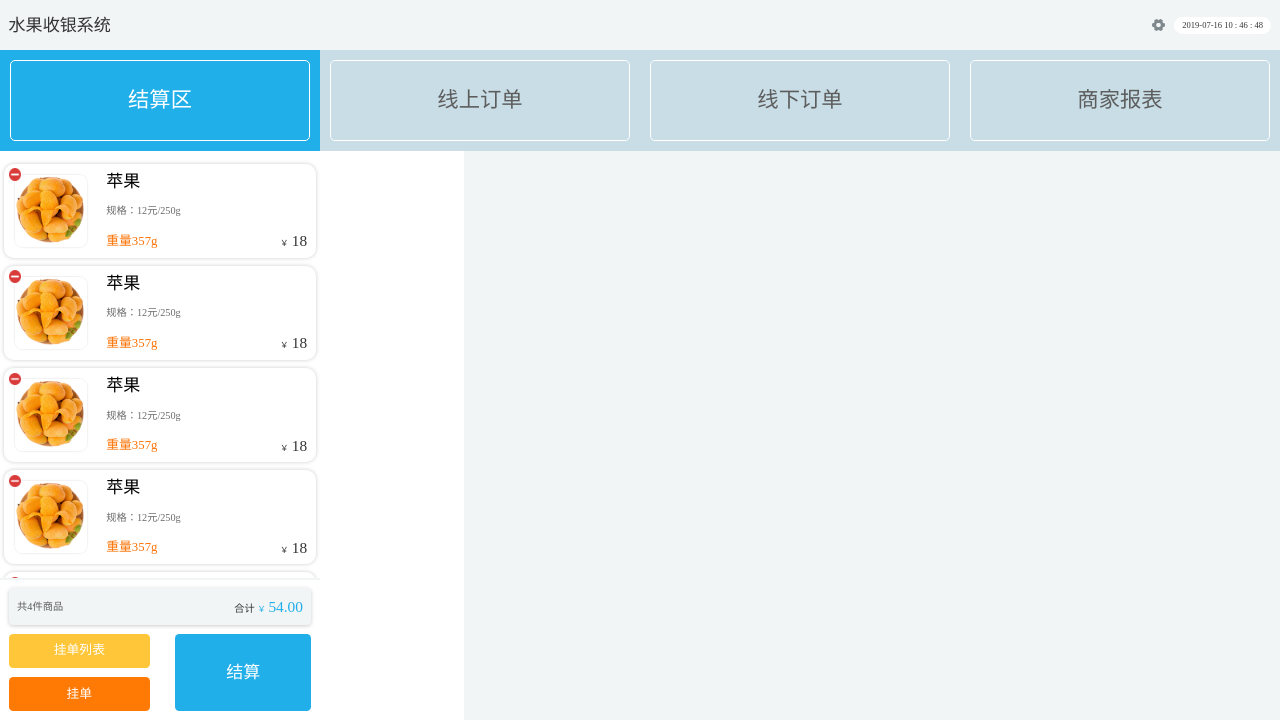
Repository: missing-star/fruit
Page: index.html
An editor plug-in stored every save of this project. The page is shown before and after the next save, followed by the edit.
The browser window is 1280 px wide. The pictures show the whole page.
The page's requests for data from a server got no answer.

Above is the page before, as saved 2019-07-16 16:58:25.

After the next save:
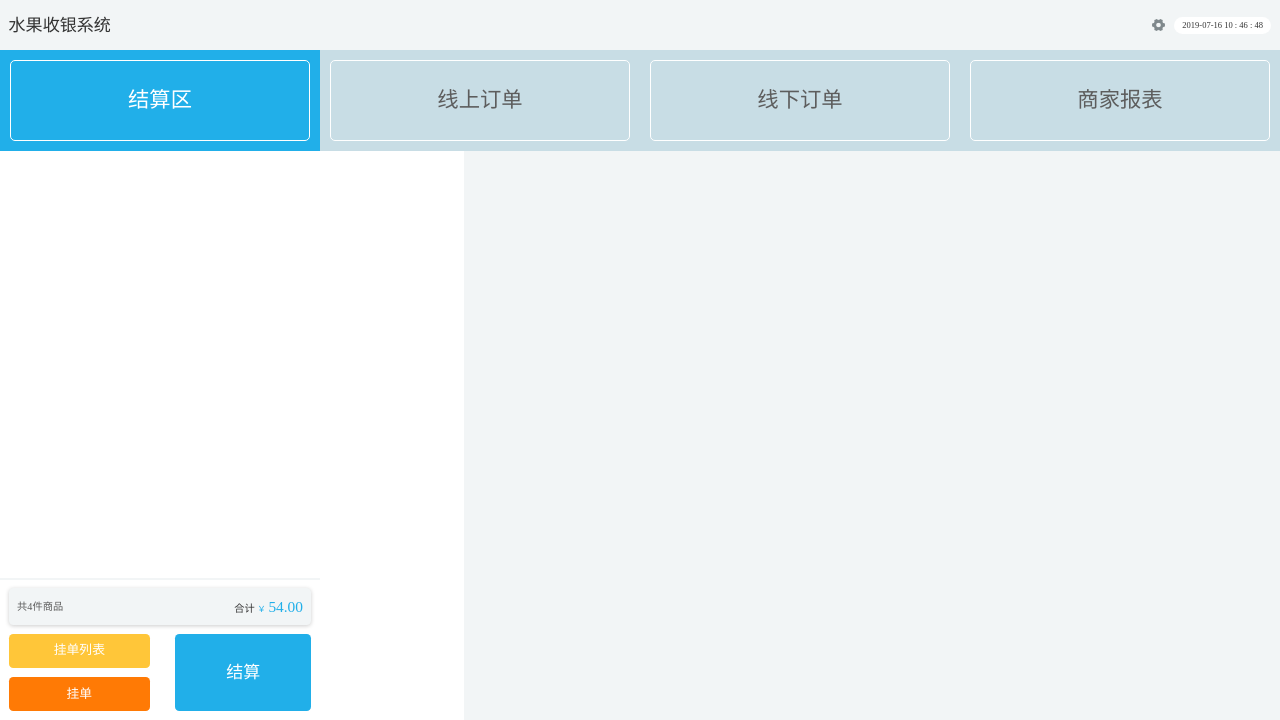
Saved 2 min 8 s later.
--- a/index.html
+++ b/index.html
@@ -36,19 +36,19 @@
         <div v-show="currentIndex == 0" class="main-content">
             <div class="operation-wrapper">
                 <ul class="goods-list-wrapper">
-                    <li v-for="n in 10" class="goods-item">
+                    <li :key="item.id" v-for="item in calculateGoodsList" class="goods-item">
                         <div class="goods-pic-wrapper">
                             <span class="delete-icon pointer"></span>
-                            <img src="./images/goods.png" class="goods-pic">
+                            <img :src="item.pic" class="goods-pic">
                         </div>
                         <div class="goods-detail">
-                            <p class="goods-title">苹果</p>
-                            <p class="goods-spec">规格：12元/250g</p>
+                            <p class="goods-title">{{item.name}}</p>
+                            <p class="goods-spec">规格：{{item.price}}元/500g</p>
                             <p class="goods-money">
-                                <span class="goods-weight">重量357g</span>
+                                <span class="goods-weight">重量{{item.weight}}kg</span>
                                 <span class="goods-price">
                                     <i class="money-icon black">￥</i>
-                                    <i class="money-number black">18</i>
+                                    <i class="money-number black">{{item.totalPrice}}</i>
                                 </span>
                             </p>
                         </div>
